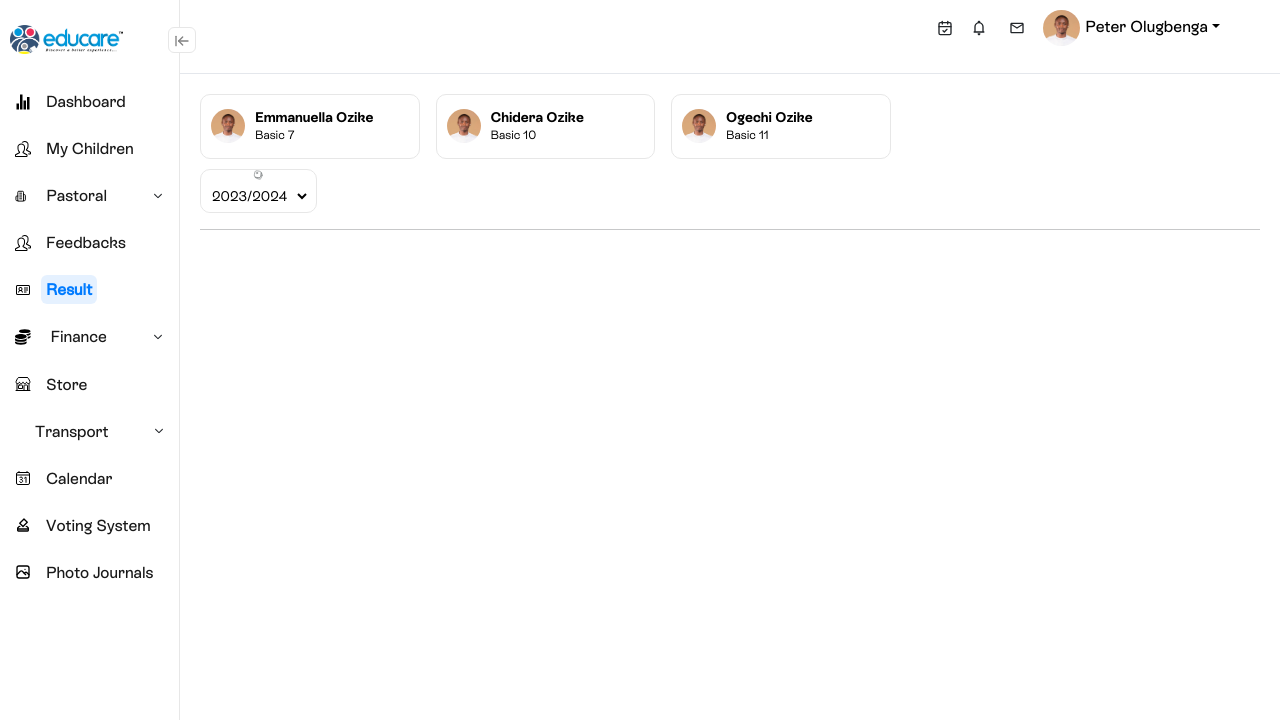
Repository: sarahnnanyelugo/educare-dashboards
Page: /result
The author's editor kept a copy of each file at every save. The page is drawn from the files as they stood at one save, then again after the next save.
The browser window is 1280 px wide. The pictures show the whole page.
The project was rebuilt for these pictures with package versions that can differ from the ones it lists, and the page was loaded fresh each time. Also part of the build but not shown: src/Dashboards/Parents/MainView/main-view.scss, src/components/News/news.scss, src/components/News/News.js, src/TestData/newsData.js, src/TestData/schEvents.js, src/components/ResultChart/ResultChart.js, src/components/Calender/calender.scss, src/components/Calender/Calender.js and 13 more.

Above is the page before, as saved 2024-10-16 11:52:57.

### src/App.js
import logo from "./logo.svg";
import "./App.scss";
import "bootstrap/dist/css/bootstrap.min.css";
import { BrowserRouter, Routes, Route, Link, Outlet } from "react-router-dom";
import { ParentsLayout } from "./Layouts/ParentsLayout";
import { MainNews } from "./pages/NewsPage/MainNews/MainNews";
import { NewsPage } from "./pages/NewsPage/NewsPage";
function App() {
  return (
    <>
      {" "}
      <Routes>
        <Route path="/*" element={<ParentsLayout />} />{" "}
        <Route path="news-page" element={<NewsPage />} />
        <Route path="main-news/:blog_id" element={<MainNews />} />
      </Routes>
    </>
  );
}

export default App;

### src/App.scss
.App-link {
  color: #61dafb;
}

@keyframes App-logo-spin {
  from {
    transform: rotate(0deg);
  }
  to {
    transform: rotate(360deg);
  }
}
@font-face {
  font-family: rebondG;
  src: url(./assets/fonts/Rebond_font/RebondG.otf);
}
@font-face {
  font-family: rebondG-Bold;
  src: url(./assets/fonts/Rebond_font/RebondG-Bold.otf);
}
@font-face {
  font-family: rebondG-Semi-Bold;
  src: url(./assets/fonts/Rebond_font/Rebond-semibold.otf);
}
@font-face {
  font-family: rebondG-Medium;
  src: url(./assets/fonts/Rebond_font/RebondGrotesqueMedium.otf);
}
@font-face {
  font-family: rebondBook;
  src: url(./assets/fonts/Rebond_font/RebondG-Book.ttf);
}
@font-face {
  font-family: rebondLight;
  src: url(./assets/fonts/Rebond_font/RebondGLight.otf);
}
@font-face {
  font-family: rebondMI;
  src: url(./assets/fonts/Rebond_font/RebondGrotesqueMediumitalic.otf);
}
p,
small,
link {
  font-family: rebondBook;
}
h1,
h2,
h3,
h4,
h5,
h6 {
  font-family: rebondG-Bold;
}
a {
  font-family: rebondG-Medium;
  text-decoration: none !important;
}
.card {
  border: 1px solid #e7e7e7 !important;
  border-radius: 10px !important;
}
select {
  border: none;
  background: #fff;
  padding: 7px;
  border-radius: 10px;
  width: 95%;
  font-size: 14px !important;
  font-family: rebondBook !important;
}

### src/Layouts/ParentsLayout.js
import React from "react";
import { Routes, Route, Navigate } from "react-router-dom";
import { TopNav } from "../components/TopNav/TopNav";
import { MainView } from "../Dashboards/Parents/MainView/MainView";
import { MyChildren } from "../Dashboards/Parents/MyChildren/MyChildren";
import { Result } from "../Dashboards/Parents/Result/Result";
import { SideNav } from "../Dashboards/SideNav/SideNav";
export const ParentsLayout = () => {
  return (
    <>
      <div className="d-md-flex">
        <div className="col-md-">
          <SideNav />
        </div>
        <div className="container-fluid" style={{ padding: "0px 0px" }}>
          <TopNav />
          <Routes>
            <Route path="/" element={<MainView />} />{" "}
            <Route path="/my-children" element={<MyChildren />} />{" "}
            <Route path="/result" element={<Result />} />{" "}
          </Routes>
        </div>
      </div>
    </>
  );
};

### src/components/TopNav/TopNav.js
import React from "react";
import "./top-nav.scss";
import { LuCalendarCheck } from "react-icons/lu";
import { CgBell } from "react-icons/cg";
import { MdOutlineEmail } from "react-icons/md";
import Container from "react-bootstrap/Container";
import Nav from "react-bootstrap/Nav";
import Navbar from "react-bootstrap/Navbar";
import Icon5 from "../../assets/images/peter.png";

import Dropdown from "react-bootstrap/Dropdown";

export const TopNav = () => {
  return (
    <div className="top-nav-container">
      <ul className="list-inline">
        <li className="list-inline-item">
          <LuCalendarCheck />
        </li>
        <li className="list-inline-item">
          <CgBell />
        </li>{" "}
        <li className="list-inline-item">
          <MdOutlineEmail />
        </li>
        <li className="list-inline-item">
          <div className="profile-drop">
            <Dropdown>
              <Dropdown.Toggle>
                <img src={Icon5} width="37px" />
                Peter Olugbenga
              </Dropdown.Toggle>

              <Dropdown.Menu>
                <Dropdown.Item href="/dashboard-selector">
                  My Roles
                </Dropdown.Item>
                <hr />
                <Dropdown.Item style={{ color: "#DE1E1E" }}>
                  Sign out
                </Dropdown.Item>
              </Dropdown.Menu>
            </Dropdown>
          </div>
        </li>
      </ul>
    </div>
  );
};

### src/Dashboards/Parents/Result/Result.js
import React, { useState } from "react";
import { Children } from "../MyChildren/Children";
import { children } from "../../../TestData/childrenData";
import Icon1 from "../../../assets/images/clipboard.svg";
import "./result.scss";
export const Result = () => {
  const [activeTab, setActiveTab] = useState(1); // Default to first tab

  const handleClick2 = (index) => {
    setActiveTab(index); // Set the active tab
  };
  const checkActive = (index, className) => {
    return activeTab === index ? className : "";
  };

  return (
    <div className="results-div">
      <div className="tabs col-md-8 row row-cols-1 row-cols-lg-3 g-2 g-lg-3">
        {children.map((data, index) => (
          <Children
            data={data}
            handleClick2={handleClick2}
            tabIndex={index + 1}
            key={index}
            isActive={activeTab === index + 1} // Set active based on activeTab state
            mode="tab" // This mode is for tab triggering
          />
        ))}
      </div>
      <div className="panels">
        <div className={`panel ${checkActive(1, "active2")}`}>
          <div className="row row-cols-2 row-cols-lg-4 g-2 g-lg-3 col-md-6">
            <div className=" col">
              <div className="card  d-flex col">
                {" "}
                <img src={Icon1} height="10px" />
                <select>
                  <option>2023/2024</option>
                </select>
              </div>
            </div>
          </div>
        </div>
        <div className={`panel ${checkActive(2, "active2")}`}>2 </div>
        <div className={`panel ${checkActive(3, "active2")}`}> 3</div>
      </div>
      <hr />
    </div>
  );
};

### src/Dashboards/SideNav/SideNav.js
import React, { useState } from "react";
import { NavLink } from "react-router-dom";
import { FaLongArrowAltLeft } from "react-icons/fa";
import Head from "../../assets/images/logo-head.png";
import Write from "../../assets/images/logo-write.png";
import Accordion from "react-bootstrap/Accordion";
import { SidebarData } from "./SidebarData";
import { IoIosArrowDown } from "react-icons/io";
import { MdKeyboardArrowUp } from "react-icons/md";
import { LuArrowLeftToLine } from "react-icons/lu";

// Import the JSON file
import "./side-nav.scss";
// Import icons
import {
  IoStatsChartSharp,
  IoStorefrontOutline,
  IoCalendarNumberOutline,
} from "react-icons/io5";
import { SlPeople } from "react-icons/sl";
import { LuBuilding2 } from "react-icons/lu";
import { LiaIdCardSolid } from "react-icons/lia";
import { FaCoins } from "react-icons/fa";
import {
  MdOutlineEmojiTransportation,
  MdOutlineHowToVote,
} from "react-icons/md";
import { TbPhoto } from "react-icons/tb";

export const SideNav = () => {
  const [isCollapsed, setIsCollapsed] = useState(false);
  const [activeAccordion, setActiveAccordion] = useState(null);

  const handleAccordionToggle = (key) => {
    setActiveAccordion(activeAccordion === key ? null : key);
  };
  const toggleSidebar = () => {
    setIsCollapsed(!isCollapsed);
  };

  // Map icon names to the actual components
  const iconMap = {
    IoStatsChartSharp: IoStatsChartSharp,
    SlPeople: SlPeople,
    LuBuilding2: LuBuilding2,
    LiaIdCardSolid: LiaIdCardSolid,
    FaCoins: FaCoins,
    IoStorefrontOutline: IoStorefrontOutline,
    MdOutlineEmojiTransportation: MdOutlineEmojiTransportation,
    IoCalendarNumberOutline: IoCalendarNumberOutline,
    MdOutlineHowToVote: MdOutlineHowToVote,
    TbPhoto: TbPhoto,
  };

  return (
    <div
      style={{
        width: isCollapsed ? "70px" : "180px",
        transition: "width 0.3s ease",
        color: "#000",
        height: "100vh",
      }}
      className="side-nav-div"
    >
      <div className="nav-inner">
        <img
          src={Head}
          alt="logo"
          style={{
            width: isCollapsed ? "20px" : "30px",
            height: "auto",
            transition: "width 0.3s ease",
          }}
        />
        {!isCollapsed && (
          <span style={{ marginLeft: "0px" }}>
            <img
              src={Write}
              alt="logo"
              style={{
                width: "80px",
                height: "auto",
                marginLeft: "3px",
                transition: "width 0.3s ease",
              }}
            />
          </span>
        )}
        <button
          onClick={toggleSidebar}
          style={{
            marginLeft: isCollapsed ? "25px" : "45px",
            background: "#fff",
            border: "solid 1px #e7e7e7",
            color: "#fff",
            cursor: "pointer",
            padding: "0 5px",
            borderRadius: "6px",
            position: " relative",
            zIndex: 20,
          }}
        >
          <LuArrowLeftToLine style={{ color: "grey" }} />
        </button>
      </div>

      <ul style={{ listStyleType: "none", padding: "0", marginTop: "30px" }}>
        {SidebarData.map((item, index) => {
          const IconComponent = iconMap[item.icon]; // Dynamically select the icon

          return (
            <li
              key={index}
              style={{
                display: "flex",
                alignItems: "center",
              }}
            >
              <IconComponent /> {/* Render the icon */}
              {!isCollapsed && (
                <span style={{ marginLeft: "10px" }}>
                  {item.accordion ? (
                    <Accordion defaultActiveKey="">
                      <Accordion.Item eventKey={index.toString()}>
                        <Accordion.Header
                          onClick={() =>
                            handleAccordionToggle(index.toString())
                          }
                          style={{
                            display: "flex",
                            alignItems: "center",
                          }}
                        >
                          {item.icon && <item.icon />}
                          <span style={{ marginLeft: "0px" }}>
                            <NavLink>
                              {" "}
                              {!isCollapsed ? item.name : null}
                            </NavLink>
                          </span>
                          <span
                            style={{
                              marginLeft: "40px",
                              display: "flex",
                              alignItems: "center",
                            }}
                          >
                            {activeAccordion === index.toString() ? (
                              <MdKeyboardArrowUp style={{ fontSize: "12px" }} />
                            ) : (
                              <IoIosArrowDown style={{ fontSize: "12px" }} />
                            )}
                          </span>
                        </Accordion.Header>
                        <Accordion.Body>
                          <ol
                            style={{ paddingLeft: "0", listStyleType: "none" }}
                          >
                            {item.accordionContent.map((contentItem, idx) => (
                              <li key={idx} style={{ padding: "5px 0" }}>
                                <NavLink
                                  to={contentItem.url}
                                  className={({ isActive }) =>
                                    isActive ? "active-link" : ""
                                  }
                                >
                                  {contentItem.name}
                                </NavLink>
                              </li>
                            ))}
                          </ol>
                        </Accordion.Body>
                      </Accordion.Item>
                    </Accordion>
                  ) : (
                    <NavLink
                      to={item.url}
                      className={({ isActive }) =>
                        isActive ? "active-link" : ""
                      }
                    >
                      {item.name}
                    </NavLink>
                  )}
                </span>
              )}
            </li>
          );
        })}
      </ul>
    </div>
  );
};

### src/components/TopNav/top-nav.scss
.top-nav-container {
  height: 74px;
  border-bottom: solid 1px #e4e7ec;
  //   padding-top: 20px;
  padding-right: 50px;
  ul {
    float: right;
    li {
      margin: 10px;
    }
  }
  .profile-drop {
    .btn {
      padding: 0;
      background: #fff !important;
      border: none !important;
      color: #000;
      font-family: rebondG-Medium;
      font-size: 16px;
      img {
        border-radius: 100%;
        margin-right: 5px;
      }
    }
    .dropdown-menu {
      border: solid 1px #d0d5dd;
      font-family: montM;
      box-shadow: 0px 1px 3px #1018281a;
      border: 1px solid #e4e7ec;
      border-radius: 10px;
      min-height: 150px;
      width: 230px !important;
      padding: 20px 10px;
      font-size: 14px;
      a {
        padding: 10px;
      }
      hr {
        border: solid 1px #d0d5dd;
      }
    }
  }
}

### src/TestData/childrenData.js
import Img1 from "../assets/images/peter.png";
export const children = [
  {
    name: "Emmanuella Ozike",
    img: Img1,
    class: "Basic 7",
    id: 1,
  },
  {
    name: "Chidera Ozike",
    img: Img1,
    class: "Basic 10",
    id: 1,
  },
  {
    name: "Ogechi Ozike",
    img: Img1,
    class: "Basic 11",
    id: 1,
  },
];

export const child1 = {
  data: [
    {
      id: 1,
      day: "Monday",
      period1: "Account Credits",
      period2: "Account Credits",
      period3: "Account Credits",
      period4: "Account Credits",
      period5: "Account Credits",
      period6: "Account Credits",
      period7: "Account Credits",
      period8: "Account Credits",
      period9: "Account Credits",
    },
  ],
};
export const child2 = {
  data: [
    {
      id: 1,
      day: "Monday",
      period1: "English",
      period2: "Biology",
      period4: "Account Credits",
      period5: "Account Credits",
      period6: "Account Credits",
      period7: "Account Credits",
      period8: "Account Credits",
      period9: "Account Credits",
    },
  ],
};
export const child3 = {
  data: [
    {
      id: 1,
      day: "Monday",
      period1: " Credits",
      period2: " Credits",
      period3: "Account Credits",
      period4: "Account Credits",
      period5: "Account Credits",
      period6: "Account Credits",
      period7: "Account Credits",
      period8: "Account Credits",
      period9: "Credits",
    },
  ],
};

### src/Dashboards/Parents/MyChildren/Children.js
import React, { useState } from "react";
import { Link } from "react-router-dom";
import "./my-children.scss";
export const Children = ({
  data,
  handleClick2,
  tabIndex,
  isActive,
  mode,
  linkUrl,
}) => {
  const handleClick = () => {
    if (mode === "tab" && handleClick2) {
      handleClick2(tabIndex); // Trigger the tab change only in tab mode
    } else if (mode === "link" && linkUrl) {
      window.location.href = linkUrl; // Navigate to the link in link mode
    }
  };
  return (
    <>
      <div className="col">
        <div className={isActive && mode === "tab" ? "active-component" : ""}>
          {" "}
          <div className="d-flex children-div col-md-12" onClick={handleClick}>
            <div>
              {" "}
              <img src={data.img} width="34px" height="34px" />
            </div>
            <div>
              <h6>{data.name}</h6>
              <p>{data.class}</p>
            </div>
          </div>
        </div>
      </div>
    </>
  );
};

### src/Dashboards/Parents/MyChildren/my-children.scss
.my-children-view {
  padding: 0 10px;
  .tabs {
    display: flex;
    width: 100%;
    padding: 8px 13px;
    font-family: rebondG-Bold;
  }

  .active-component {
    font-weight: bold;
    background: #e6f7ff;
    color: #fff;
    border: solid 1px #0098da;
    height: 65px;
    border-radius: 10px;
  }

  .panel {
    display: none;
    // color: #161617;
    // font-family: rebondG;
    // line-height: 40px;
    // padding-top: 65px;
    // background: #fff;
  }

  .panel.active2 {
    display: block;
  }
}

.children-div {
  height: 65px;
  padding: 14px 10px;
  margin-bottom: 10px;
  color: #000;
  border: solid 1px #e7e7e7;
  border-radius: 10px;
  &:hover {
    background: #e7e7e7;
  }
  img {
    border-radius: 100%;
    margin-right: 10px;
  }
  h6 {
    margin-bottom: 0;
    font-size: 14px;
  }
  p {
    font-size: 12px;
  }
}
.attendance-summary {
  padding: 15px;
}
.attendance {
  height: 50px;
  border-radius: 10px;
  padding: 5px 10px;
  margin-bottom: 10px;
  img {
    border-radius: 100%;
    margin-right: 10px;
  }
}
.missed {
  border: solid 2px #ed2f59;
  background: #fcdce3;
  color: #ed2f59;
}
.late {
  border: solid 2px #ea8713;
  background: #fcebd7;
  color: #ea8713;
}
.present {
  border: solid 2px #11a377;
  background: #cdfaec;
  color: #11a377;
}
.activity-tab {
  padding: 10px;
  .tabs2 {
    border: solid 1px #e7e7e7;
    border-radius: 10px;
    padding: 0px 0px;
    margin-bottom: 15px;
    button {
      background: #fff;
      border: none;
      padding: 6px 20px;
      font-family: rebondG-Semi-Bold;
    }
  }
  .edge {
    border-top-left-radius: 10px;
    border-bottom-left-radius: 10px;
  }
  .edge2 {
    border-top-right-radius: 10px;
    border-bottom-right-radius: 10px;
  }
}
.active3 {
  background: #0098da !important;
  color: #fff;
}
.file-input {
  padding: 10px;
}
.documents {
  img {
    margin-right: 10px;
    margin-bottom: 20px;
  }
  p {
    margin-bottom: 0px;
  }
  small {
    font-size: 13px;
    color: grey;
  }
}

### src/Dashboards/Parents/Result/result.scss
.panel {
  display: none;
}

.panel.active2 {
  display: block;
}
.results-div {
  padding: 20px 20px;
}

### src/Dashboards/SideNav/SidebarData.js
import React from "react";
import * as FaIcons from "react-icons/fa";
import * as AiIcons from "react-icons/ai";
import * as IoIcons from "react-icons/io";

export const SidebarData = [
  {
    name: "Dashboard",
    icon: "IoStatsChartSharp",
    url: "/",
  },
  {
    name: "My Children",
    icon: "SlPeople",
    url: "/my-children",
  },
  {
    name: "Pastoral",
    icon: "LuBuilding2",
    url: "/pastoral",
    accordion: true,
    accordionContent: [
      { name: "Ministry", url: "/pastoral/ministry" },
      { name: "Sermons", url: "/pastoral/sermons" },
      { name: "Events", url: "/pastoral/events" },
    ],
  },
  {
    name: "Feedbacks",
    icon: "SlPeople",
    url: "/feedbacks",
  },
  {
    name: "Result",
    icon: "LiaIdCardSolid",
    url: "/result",
  },
  {
    name: "Finance",
    icon: "FaCoins",
    url: "/finance",
    accordion: true,
    accordionContent: [
      { name: "Donations", url: "/finance/donations" },
      { name: "Expenses", url: "/finance/expenses" },
      { name: "Reports", url: "/finance/reports" },
    ],
  },
  {
    name: "Store",
    icon: "IoStorefrontOutline",
    url: "/store",
  },
  {
    name: "Transport ",
    icon: "MdOutlineEmojiTransportation",
    url: "/transport",
    accordion: true,
    accordionContent: [
      { name: "Bus Routes", url: "/transport/routes" },
      { name: "Schedules", url: "/transport/schedules" },
      { name: "Ticketing", url: "/transport/ticketing" },
    ],
  },
  {
    name: "Calendar",
    icon: "IoCalendarNumberOutline",
    url: "/calendar",
  },
  {
    name: "Voting System",
    icon: "MdOutlineHowToVote",
    url: "/voting",
  },
  {
    name: "Photo Journals",
    icon: "TbPhoto",
    url: "/photo-journals",
  },
];

### src/Dashboards/SideNav/side-nav.scss
.side-nav-div {
  background: #fff;
  .nav-inner {
    padding: 25px 5px 5px 10px;
    display: flex;
    align-items: center;
  }
  border-right: 1px solid #e7e7e7;
  a {
    color: #191919;
    font-size: 16px;
    padding: 5px 5px 5px 5px;

    border-radius: 6px;
  }
  ul {
    // background: red;
    li {
      margin: 22px 15px !important;
      &:hover {
        background: #e7e7e7;
        border-radius: 6px;
      }
    }
  }
  .accordion-button {
    padding: 3px 0 3px 5px !important;
    margin-left: 0 !important;
    font-size: 16px;
    font-family: rebondG-Medium;
    font-weight: normal !important;
    &:hover {
      background: red;
    }
    // background: red !important;
  }
  .accordion-body {
    border-left: 1px solid #e7e7e7;
    margin-top: 20px;
  }
  .accordion-button:not(.collapsed) {
    border-bottom: 0 !important;
  }
  .accordion-button::after {
    display: none;
    // width: 10px;
    // height: 10px;
  }
  .accordion-item {
    border: none !important;
  }
  .active-link {
    color: #007bff; /* Change to your desired active link color */
    font-weight: bold; /* Optional: make the text bold */
    background-color: rgba(
      0,
      123,
      255,
      0.1
    ); /* Optional: add a background color */
  }
}

Loaded but not shown: public/index.html (common file); src/index.js (common file); src/index.css (common file); src/reportWebVitals.js (common file)

After the next save:
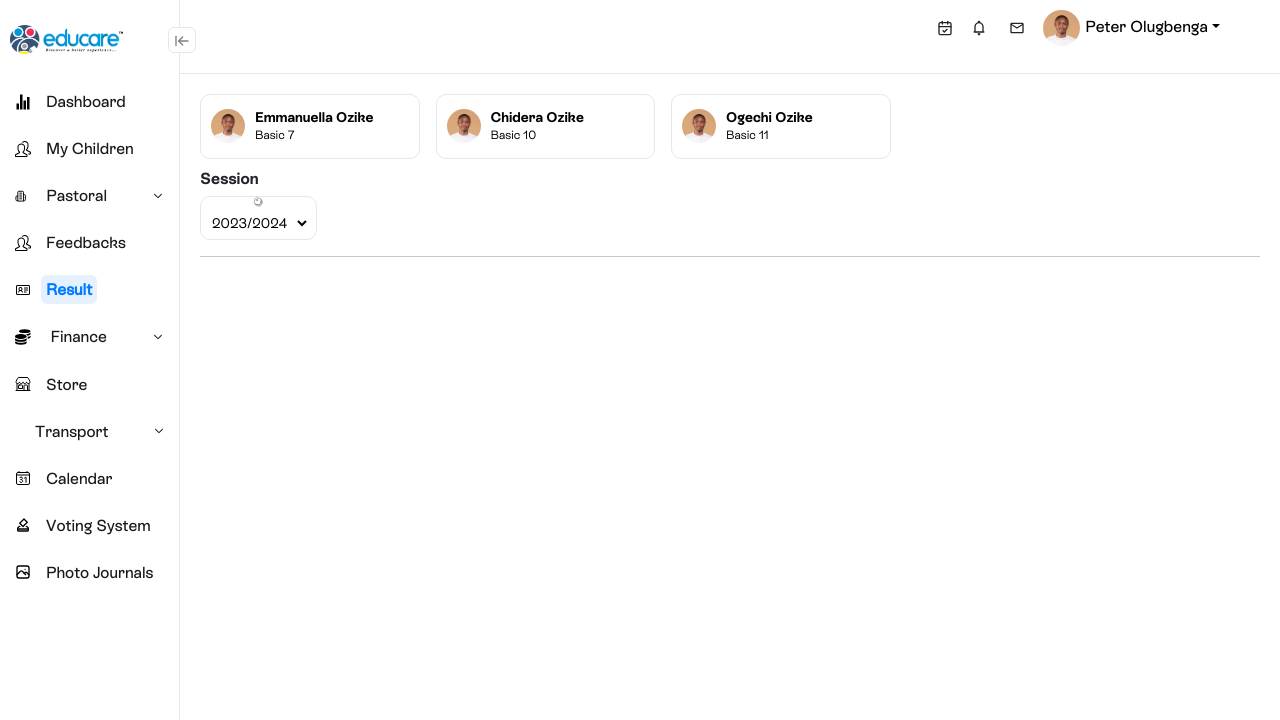
Saved 16 s later.
--- a/src/Dashboards/Parents/Result/Result.js
+++ b/src/Dashboards/Parents/Result/Result.js
@@ -31,6 +31,7 @@ export const Result = () => {
         <div className={`panel ${checkActive(1, "active2")}`}>
           <div className="row row-cols-2 row-cols-lg-4 g-2 g-lg-3 col-md-6">
             <div className=" col">
+              <h6>Session</h6>
               <div className="card  d-flex col">
                 {" "}
                 <img src={Icon1} height="10px" />
